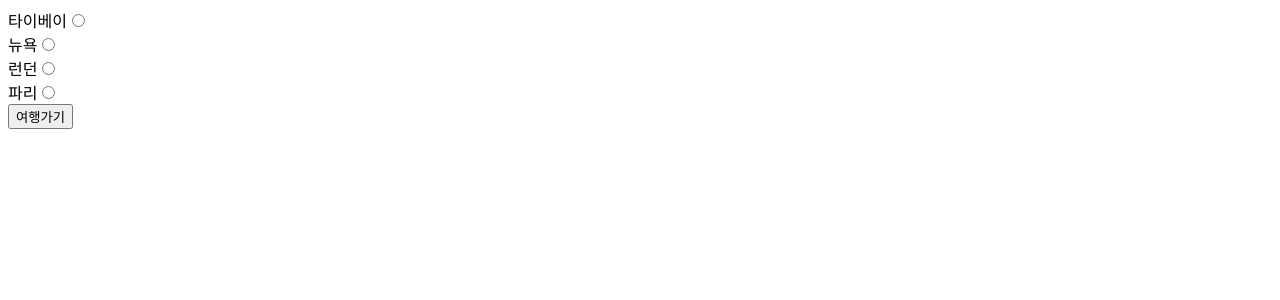
Repository: jjjjjjji-hun/jsp_practice
Page: http://localhost/JSPBasic/jspObject/2.response/travel_main.jsp
These files come from the project's save history. The page is drawn as it stood at one moment and after the next save; the edit follows.
The browser window is 1280 px wide. The pictures show the whole page.
The page is served by Tomcat 9.

Above is the page before, as saved 2022-02-04 05:37:22.

### JSPBasic/src/main/webapp/jspObject/2.response/travel_main.jsp
<%@ page language="java" contentType="text/html; charset=UTF-8"
    pageEncoding="UTF-8"%>
<!DOCTYPE html>
<html>
<head>
<meta charset="UTF-8">
<title>Insert title here</title>
</head>
<body>
	<%--
	form태그를 만들어주시고 목적지는 travel_check.jsp, post방식입니다.
	라디오 버튼을 최소 4개를 만들어주세요.
	각 라디오 버튼에는 속성으로 value= 이라고 해서 뭘 선택했는지 식별할 수 있도록
	각 버튼별로 다른 value값을 지정해주세요.

	submit 버튼도 하나 만들어주세요. --%>
	<form action="travel_check.jsp" method="post">
	타이베이<input type="radio" name="city" value="taibay"/><br/>
	뉴욕<input type="radio" name="city" value="newyork"/><br/>
	런던<input type="radio" name="city" value="london"/><br/>
	파리<input type="radio" name="city" value="paris"/><br/>
	<input type="submit" value="여행가기"/>
	</form>
</body>
</html>

After the next save:
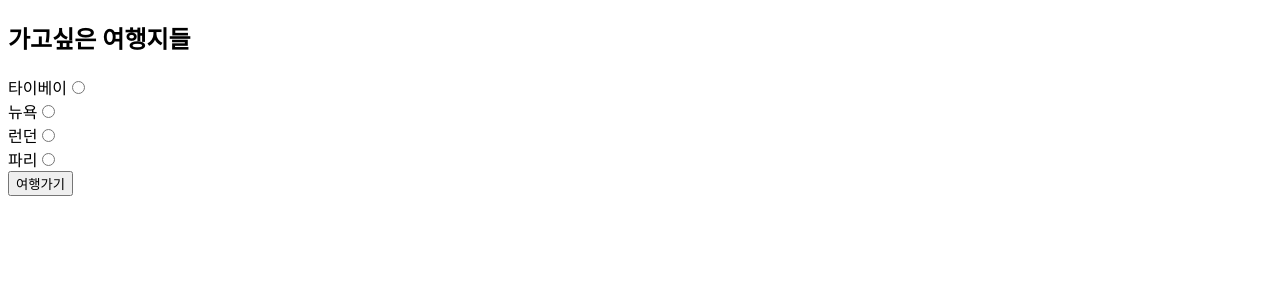
Saved 2 min 3 s later.
--- a/JSPBasic/src/main/webapp/jspObject/2.response/travel_main.jsp
+++ b/JSPBasic/src/main/webapp/jspObject/2.response/travel_main.jsp
@@ -14,6 +14,7 @@
 	각 버튼별로 다른 value값을 지정해주세요.
 
 	submit 버튼도 하나 만들어주세요. --%>
+	<h2>가고싶은 여행지들</h2>
 	<form action="travel_check.jsp" method="post">
 	타이베이<input type="radio" name="city" value="taibay"/><br/>
 	뉴욕<input type="radio" name="city" value="newyork"/><br/>
